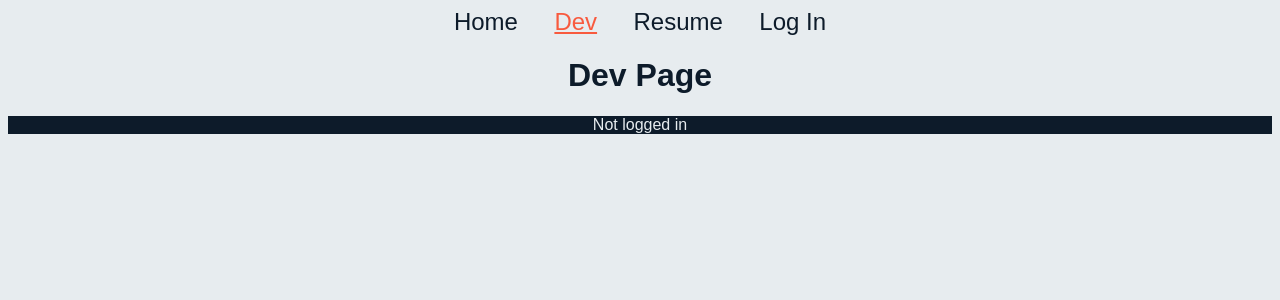
Repository: eghere-bsu/ethanghere-website
Page: http://localhost/dev.php
An editor plug-in stored every save of this project. The page is shown before and after the next save, followed by the edit.
The browser window is 1280 px wide. The pictures show the whole page.
The page is run by PHP 8.4 with error messages shown; the project is at /var/www/html/.

Above is the page before, as saved 2023-11-06 14:10:11.

After the next save:
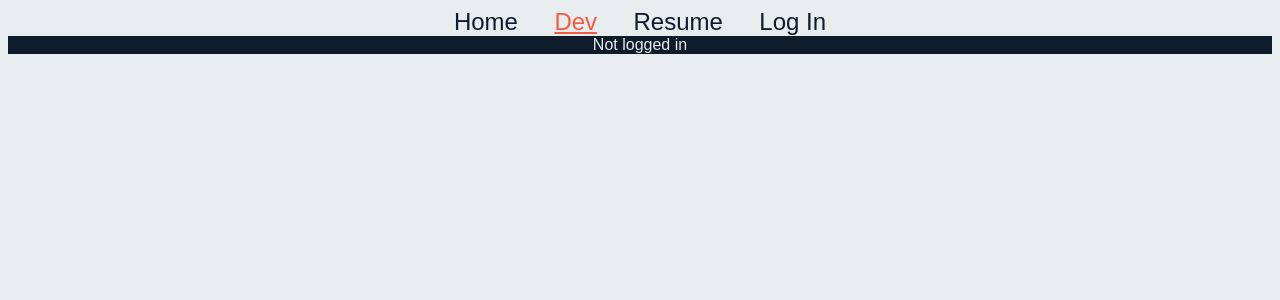
Saved 7 s later.
--- a/dev.php
+++ b/dev.php
@@ -3,7 +3,6 @@
    require_once 'navbar.php';
 ?>
 <body>
-   <h1>Dev Page</h1>
    <?php
    if (isset($_SESSION['powerlvl']) && $_SESSION['powerlvl'] == 1) {
       // User has power level 1, so show the "Create Post" button
